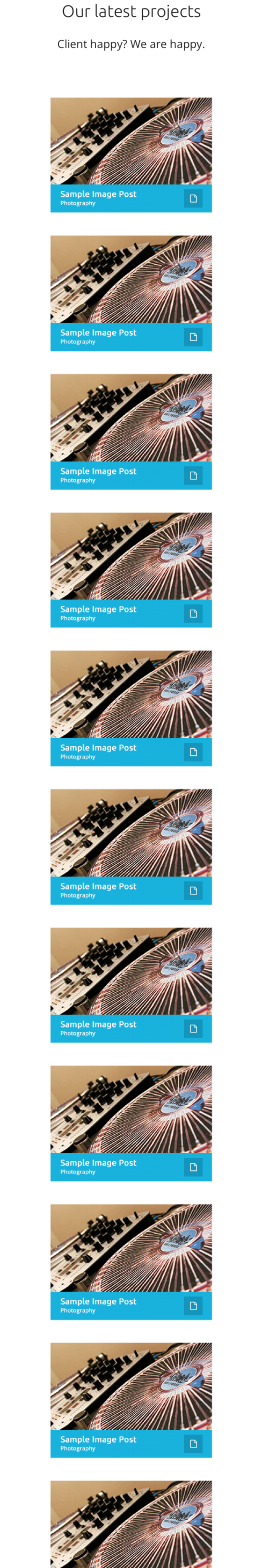
Repository: lpcmendoza/LAB02BF_Group9
Page: index.html
An editor plug-in stored every save of this project. The page is shown before and after the next save, followed by the edit.
The browser window is 375 px wide. The pictures show the part of the page from y = 4260 to 6500 px (the page is 8297 px tall before and 7111 px after), at 70% of full size.

Above is the page before, as saved 2024-02-11 23:25:45.

After the next save:
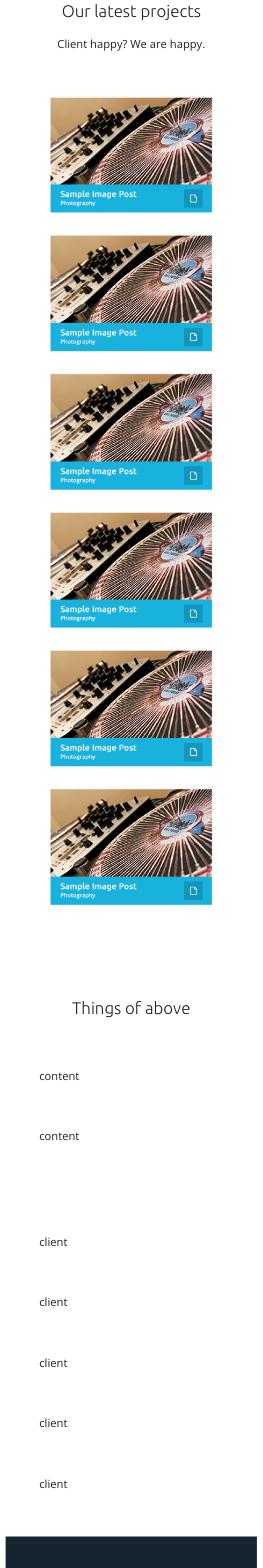
Saved 2 min 19 s later.
--- a/css/style.css
+++ b/css/style.css
@@ -312,6 +312,10 @@
     text-align: center;
   }
 
+  .latest-projects-body {
+    display: none;
+  }
+
 }
 
 

After the save that followed:
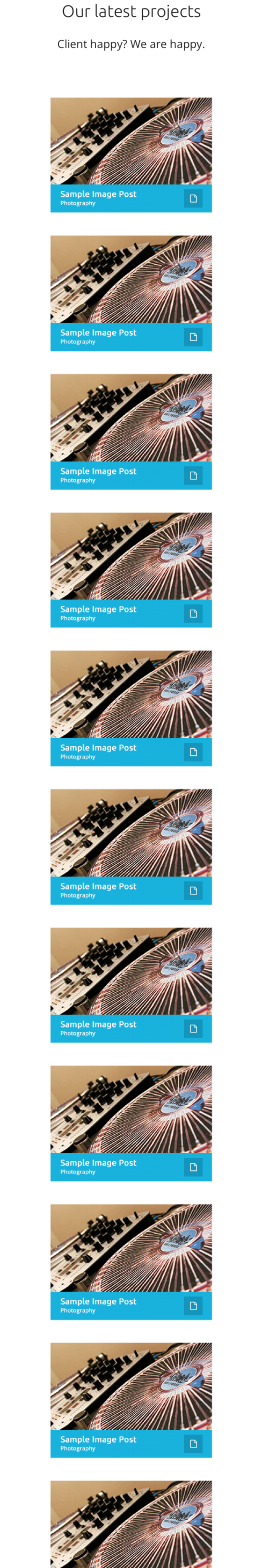
Saved 30 s later.
--- a/css/style.css
+++ b/css/style.css
@@ -312,9 +312,7 @@
     text-align: center;
   }
 
-  .latest-projects-body {
-    display: none;
-  }
+
 
 }
 
